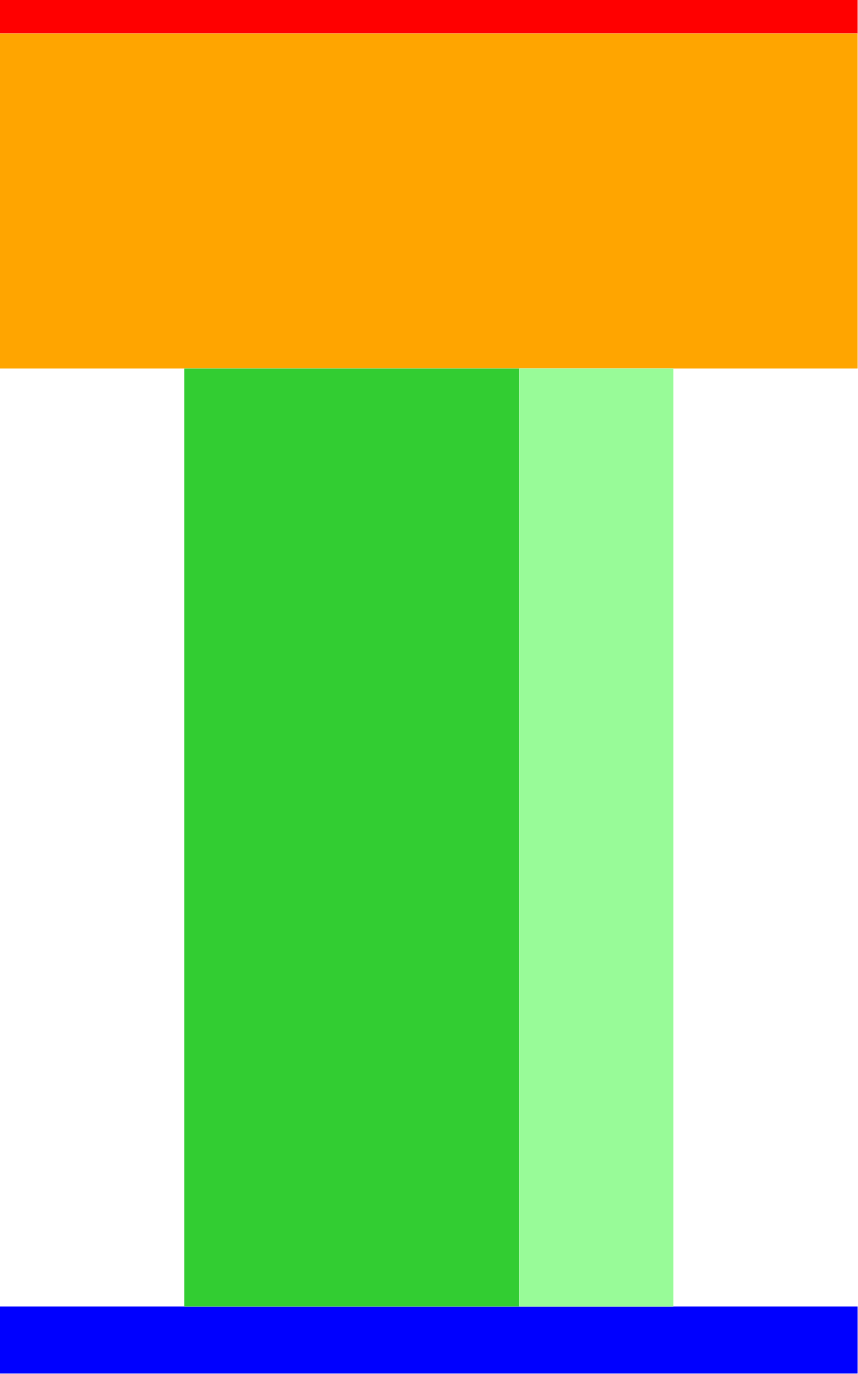
Repository: NANAKUNITA/chapter10
Page: chapter4/chapter4.html
The author's editor kept a record of every edit. The page is drawn from the files as they stood at one moment, then again after the next edit.
The browser window is 1280 px wide. The pictures show the whole page, at 67% of full size.

Above is the page before.

### chapter4/chapter4.html
<!DOCTYPE html>
<html lang="ja">
  <head>
    <meta charset="UTF-8">
    <link rel="stylesheet" href="chapter4.css"/>
    <title>4章演習</title>
  </head>

  <body>
    <div class="header"></div>

    <div class="main-visual"></div>

    <div class="main">
      <div class="blog"></div>
      <div class="sidebar"></div>
    </div>

    <div class="footer"></div>
  </body>
</html>

### chapter4/chapter4.css
*{
  margin:0;
  padding:0;
  box-sizing:border-box;
}

.header{
  width:100%;
  height:50px;
  background-color:red;
}

.main-visual{
  width:100%;
  height:500px;
  background-color:orange;
}

.main{
  width:960px;
  display:flex;
  justify-content:center;
  margin:0 auto;
}

.blog{
  width:500px;
  height:1400px;
  background-color:limegreen;
}

.sidebar{
  width:230px;
  height:1400px;
  background-color:palegreen;
}

.footer{
  width:100%;
  height:100px;
  background-color:blue;
}

After the next edit:
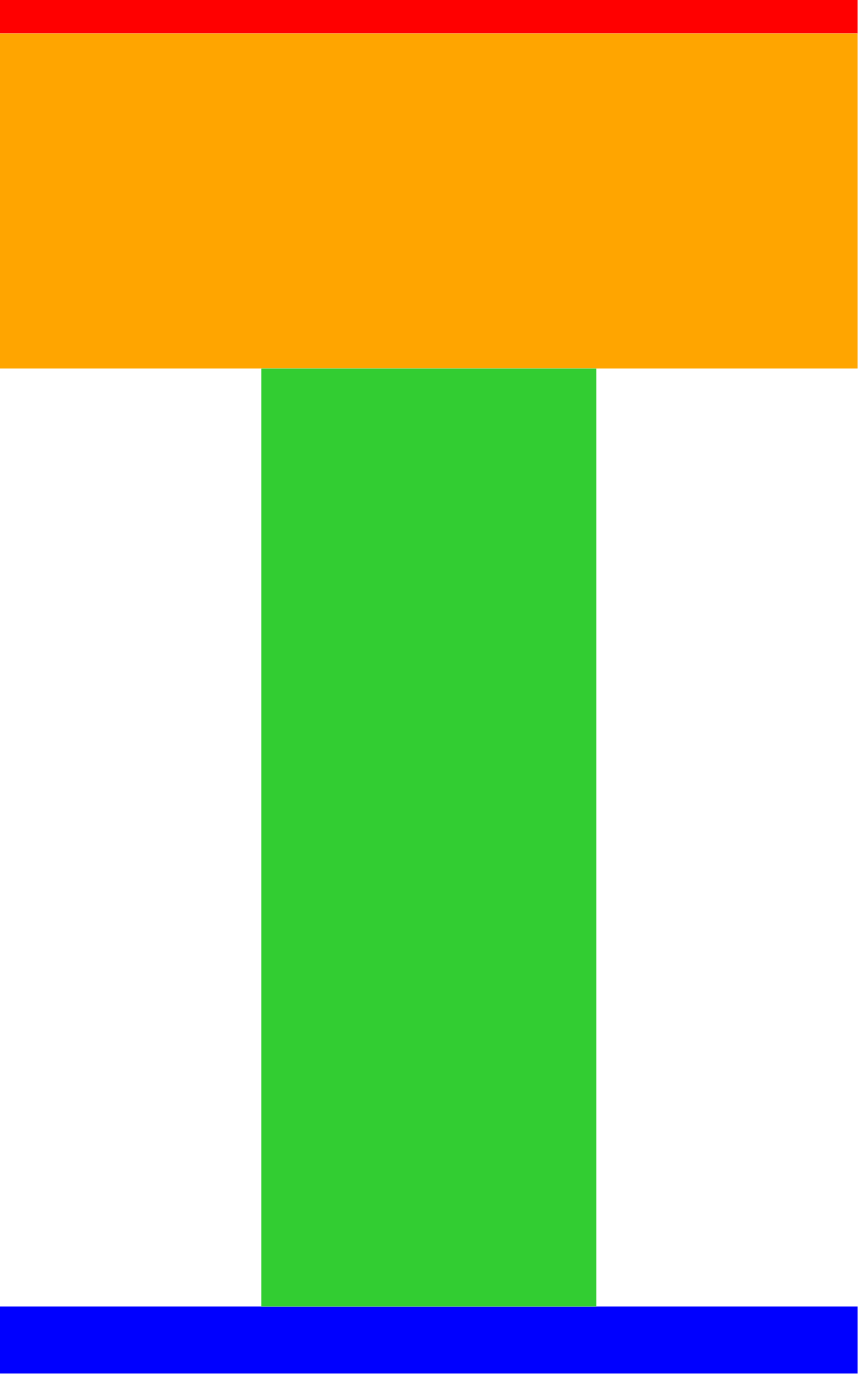
The edit:
--- a/chapter4/chapter4.html
+++ b/chapter4/chapter4.html
@@ -12,8 +12,9 @@
     <div class="main-visual"></div>
 
     <div class="main">
+      <div class="sidebar-left"></div>
       <div class="blog"></div>
-      <div class="sidebar"></div>
+      <div class="sidebar-right"></div>
     </div>
 
     <div class="footer"></div>
